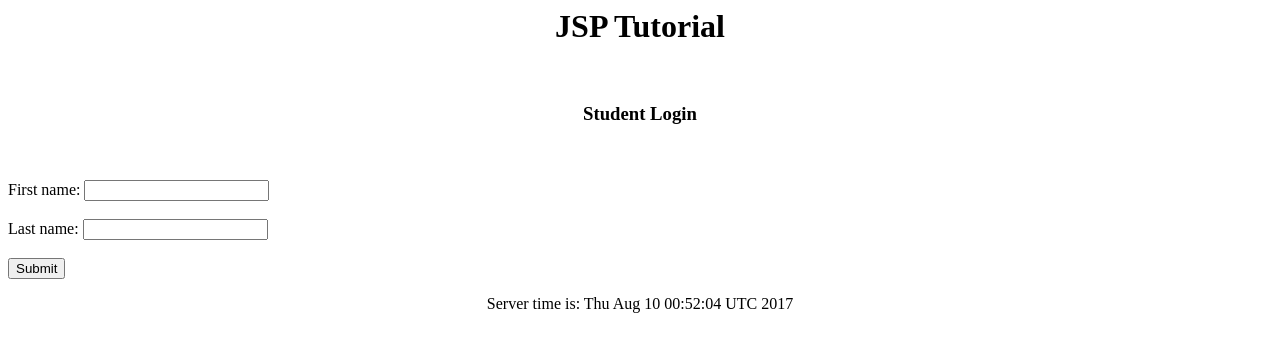
Repository: xiaoliu-lucy/JSP
Page: http://localhost/jspdemo/homepage.jsp
An editor plug-in stored every save of this project. The page is shown before and after the next save, followed by the edit.
The browser window is 1280 px wide. The pictures show the whole page.
The page is served by Tomcat 9. Other server files are loaded and not shown.

Above is the page before, as saved 2017-08-10 23:49:16.

### jspdemo/WebContent/homepage.jsp

<html>
	<body>
	<jsp:include page="myHeader.html" />
	</br>
	<h3 align="center">Student Login</h3>
	</br></br>
	<form action="student-response.jsp">
	  First name: <input type="text" name="firstName" />
	  </br></br>
	  Last name: <input type="text" name="lastName" />
	  </br></br>
	  <input type="submit" value="Submit" />

	</form>
	<jsp:include page="myFooter.jsp" />
	</body>
</html>

### jspdemo/WebContent/myHeader.html
<h1 align="center"> JSP Tutorial</h1>

### jspdemo/WebContent/myFooter.jsp
<center>Server time is: <%= new java.util.Date() %>

After the next save:
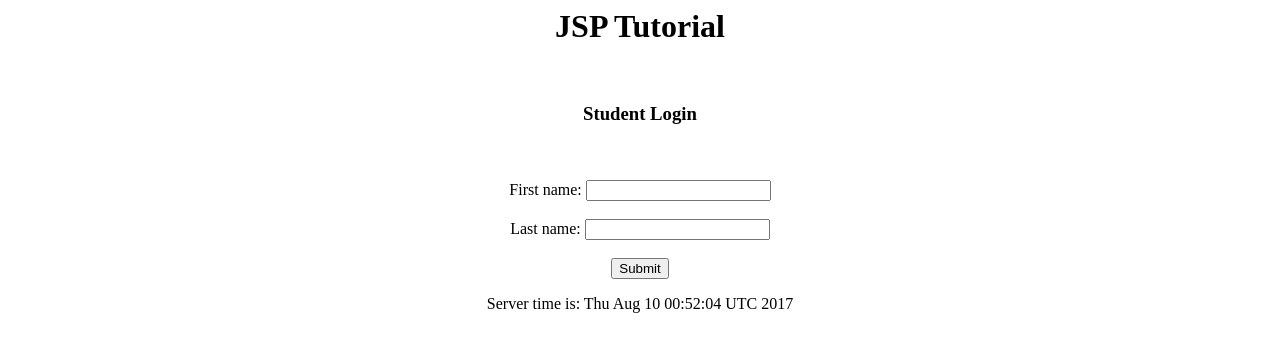
Saved 27 s later.
--- a/jspdemo/WebContent/homepage.jsp
+++ b/jspdemo/WebContent/homepage.jsp
@@ -5,7 +5,7 @@
 	</br>
 	<h3 align="center">Student Login</h3>
 	</br></br>
-	<form action="student-response.jsp">
+	<form action="student-response.jsp" align="center">
 	  First name: <input type="text" name="firstName" />
 	  </br></br>
 	  Last name: <input type="text" name="lastName" />
